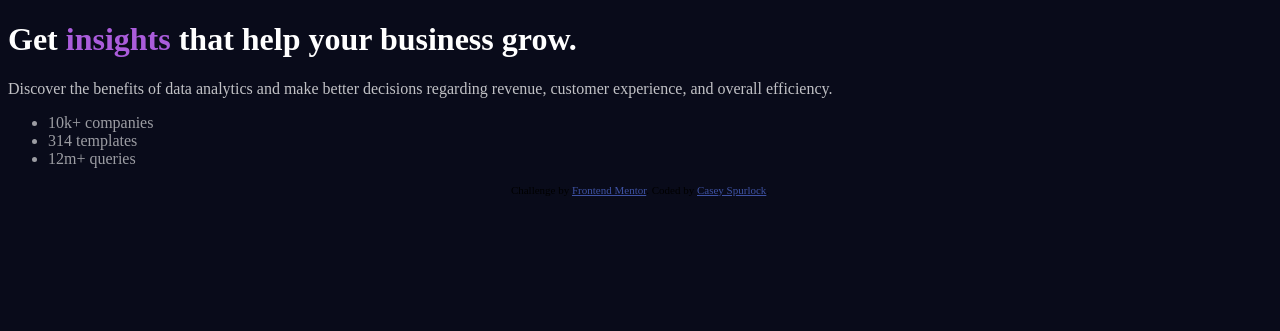
Repository: CaseySpurlock/stats-prewiew-component
Page: index.html
These files come from the project's save history. The page is drawn as it stood at one moment and after the next save; the edit follows.
The browser window is 1280 px wide. The pictures show the whole page.

Above is the page before, as saved 2021-06-20 23:54:53.

### index.html
<!DOCTYPE html>
<html lang="en">
<head>
  <meta charset="UTF-8">
  <meta name="viewport" content="width=device-width, initial-scale=1.0"> <!-- displays site properly based on user's device -->

  <link rel="icon" type="image/png" sizes="32x32" href="./images/favicon-32x32.png">

  <title>Frontend Mentor | Stats preview card component</title>

  <link rel="stylesheet" href="css/styles.css">

</head>

<body>

  <div class="hero">
    <h1 class="head">Get <span>insights</span> that help your business grow.</h1>

    <p>Discover the benefits of data analytics and make better decisions regarding revenue, customer
      experience, and overall efficiency.</p>
  </div>
  <div class="stat-head">
    <ul class="row">
      <li>10k+ companies</li>
      <li>314 templates</li>
      <li>12m+ queries</li>
    </ul>
  </div>



  <div class="attribution">
    Challenge by <a href="https://www.frontendmentor.io?ref=challenge" target="_blank">Frontend Mentor</a>.
    Coded by <a href="#">Casey Spurlock</a>.
  </div>
</body>
</html>

### css/styles.css
body {
    background: hsl(233, 47%, 7%);
}

h1 {
    color: white;
    text-align: left;
}

p {
    color: hsla(0, 0%, 100%, 0.75);
}

.stat-head {
    color: hsla(0, 0%, 100%, 0.6);
    display: flexbox;
}

.attribution {
    font-size: 11px;
    text-align: center;
}
.attribution a {
    color: hsl(228, 45%, 44%);
}

span {
    color: hsl(277, 64%, 61%);
}

After the next save:
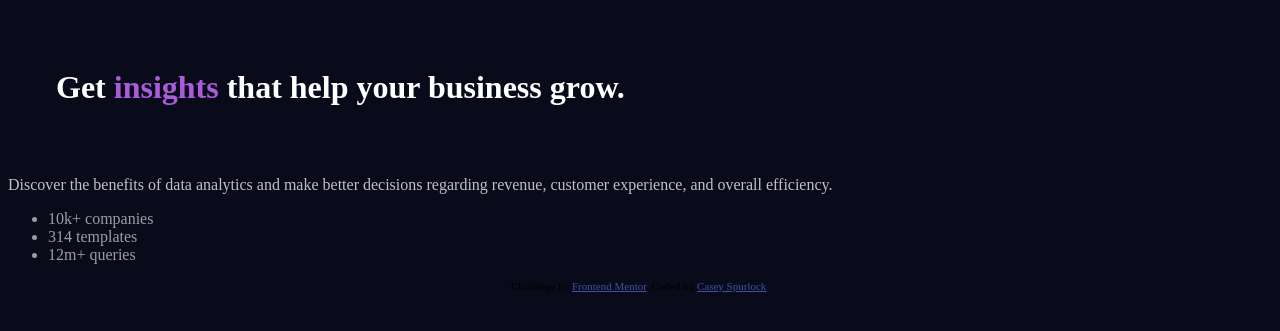
Saved 42 s later.
--- a/css/styles.css
+++ b/css/styles.css
@@ -5,10 +5,12 @@
 h1 {
     color: white;
     text-align: left;
+    padding: 3rem;
 }
 
 p {
     color: hsla(0, 0%, 100%, 0.75);
+    text-align: left;
 }
 
 .stat-head {
